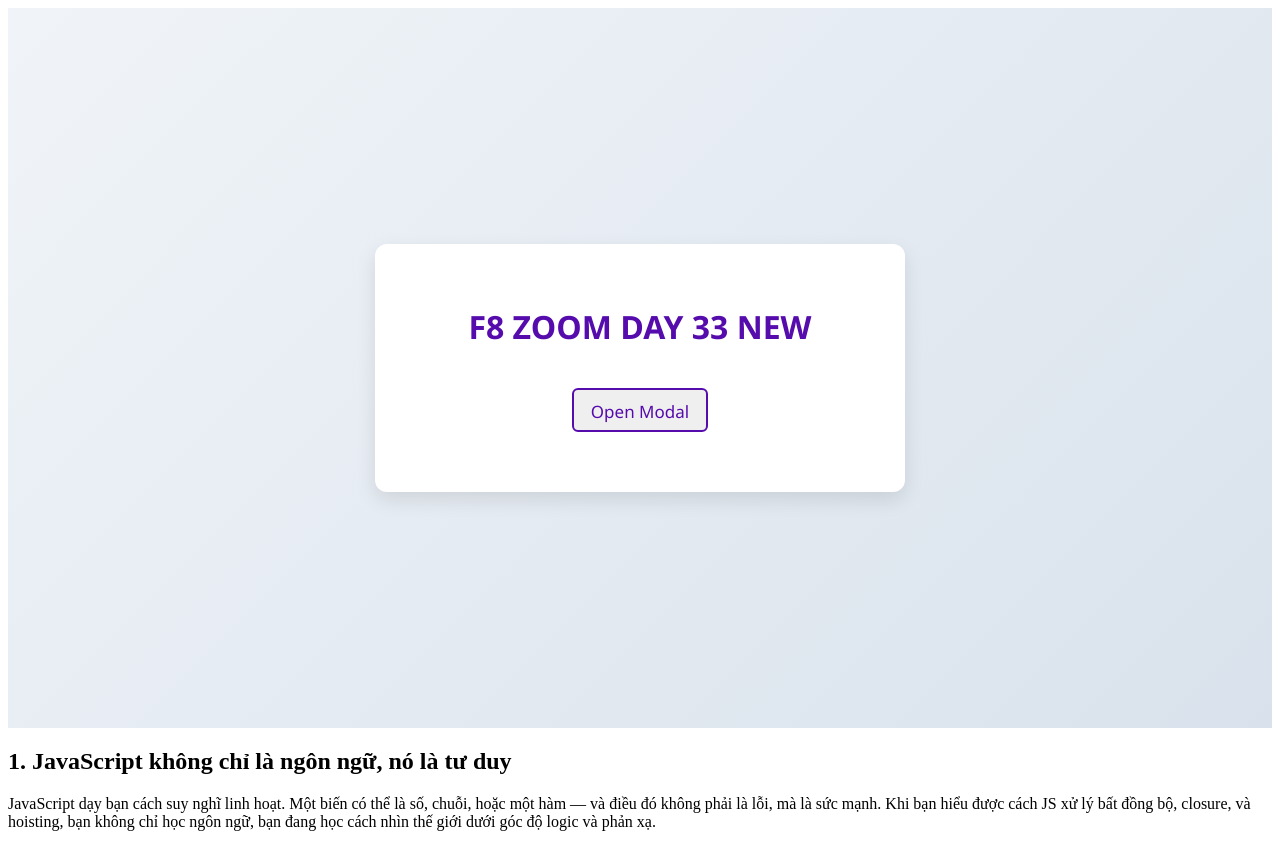
Repository: lannguyen1301/f8-zoom-day-33-new
Page: index.html
The author's editor kept a copy of each file at every save. The page is drawn from the files as they stood at one save, then again after the next save.
The browser window is 1280 px wide. The pictures show the whole page.

Above is the page before, as saved 2025-08-07 23:09:01.

### index.html
<!DOCTYPE html>
<html lang="en">

<head>
    <meta charset="UTF-8">
    <meta name="viewport" content="width=device-width, initial-scale=1.0">
    <title>F8 ZOOM DAY 33 NEW</title>
    <link rel="stylesheet" href="./assets/css/style.css">

</head>

<body>
    <div class="main">
        <div class="card">
            <h1 class="title">F8 ZOOM DAY 33 NEW</h1>
            <button id="open-modal">Open Modal</button>
        </div>
    </div>

    <!-- App Modal -->
    <app-modal>
    </app-modal>


    <script type="module" src="./main.js"></script>
</body>

</html>

<h2>
    1. JavaScript không chỉ là ngôn ngữ, nó là tư duy
</h2>
<p>
    JavaScript dạy bạn cách suy nghĩ linh hoạt. Một biến có thể là số, chuỗi, hoặc một hàm — và điều đó không phải là
    lỗi, mà là sức mạnh. Khi bạn hiểu được cách JS xử lý bất đồng bộ, closure, và hoisting, bạn không chỉ học ngôn ngữ,
    bạn đang học cách nhìn thế giới dưới góc độ logic và phản xạ.
</p>

### assets/css/style.css
.main {
    margin: 0;
    height: 100vh;
    display: flex;
    justify-content: center;
    align-items: center;
    background: linear-gradient(135deg, #f0f4f8, #d9e2ec);
    font-family: "Segoe UI", sans-serif;
}

.card {
    background: white;
    padding: 40px;
    border-radius: 12px;
    box-shadow: 0 8px 20px rgba(0, 0, 0, 0.1);
    text-align: center;
    min-width: 450px;
}

.card h1 {
    margin-bottom: 20px;
    color: #560bad;
}

/* From Uiverse.io by cssbuttons-io */
button {
    --color: #560bad;
    font-family: inherit;
    display: inline-block;
    width: 8em;
    height: 2.6em;
    line-height: 2.5em;
    margin: 20px;
    position: relative;
    cursor: pointer;
    overflow: hidden;
    border: 2px solid var(--color);
    transition: color 0.5s;
    z-index: 0;
    font-size: 17px;
    border-radius: 6px;
    font-weight: 500;
    color: var(--color);
}
button:before {
    content: "";
    position: absolute;
    z-index: -1;
    background: var(--color);
    height: 150px;
    width: 200px;
    border-radius: 50%;
}

button:hover {
    color: #fff;
}

button:before {
    top: 100%;
    left: 100%;
    transition: all 0.7s;
}

button:hover:before {
    top: -30px;
    left: -30px;
}

button:active:before {
    background: #3a0ca3;
    transition: background 0s;
}

span {
    display: block;
    width: 50px;
    height: 50px;
    border-radius: 50%;
    background: #f0f0f0;
    text-align: center;
    color: #560bad;
    font-size: 2rem;
    margin-left: auto;
    margin-right: 0;
    border: 1px solid #560bad;
}

### main.js
import "./Components/app-modal.js";

// Open Modal

// Lấy nút mở modal từ DOM để gắn sự kiện click.
const openModalBtn = document.querySelector("#open-modal");

// Truy cập trực tiếp vào custom element <app-modal>
// để gọi các phương thức như .open() và .close().
const appModal = document.querySelector("app-modal");
console.log(appModal); //Debug: kiểm tra xem phần tử đã được lấy đúng chưa.

// Lắng nghe sự kiện close do modal phát ra (có thể từ nút Cancel, nút X, hoặc phím Escape).
appModal.addEventListener("close", () => {
    // code...
    // alert("Da dong");
    appModal.close();
    // Gọi appModal.close() để thực hiện đóng modal
});

// bấm nút “Open Modal”, gọi appModal.open() để hiển thị modal.
openModalBtn.addEventListener("click", () => {
    appModal.open();
});

### Components/app-modal.js
class AppModal extends HTMLElement {
    constructor() {
        super();
        this.attachShadow({ mode: "open" });
    }

    open() {
        const template = document.createElement("template");

        // cach 1
        template.setAttribute("id", "app-modal-tpl");

        /**
         * cach 2
          template.id = "app-modal-tpl";
         */
        //

        template.innerHTML = `

        <!-- Thêm CSS Internals -->
        <style>
            * {
                padding: 0;
                margin: 0;
                box-sizing: border-box;
            }

            :host {
                --app-modal-heading-color: #560bad;
                --app-modal-padding: 60px
                    /* màu mặc định đang là màu đỏ */
            }

            .main {
            margin: 0;
            height: 100vh;
            display: flex;
            justify-content: center;
            align-items: center;
            background: linear-gradient(135deg, #f0f4f8, #d9e2ec);
            font-family: "Segoe UI", sans-serif;
            }

            .card {
                background: white;
                padding: 40px;
                border-radius: 12px;
                box-shadow: 0 8px 20px rgba(0, 0, 0, 0.1);
                text-align: center;
                min-width: 450px;
            }

            .card h1 {
                margin-bottom: 20px;
                color: #560bad;
            }

            /* From Uiverse.io by cssbuttons-io */
            button {
                --color: #560bad;
                font-family: inherit;
                display: inline-block;
                width: 8em;
                height: 2.6em;
                line-height: 2.5em;
                margin: 20px;
                position: relative;
                cursor: pointer;
                overflow: hidden;
                border: 2px solid var(--color);
                transition: color 0.5s;
                z-index: 0;
                font-size: 17px;
                border-radius: 6px;
                font-weight: 500;
                color: var(--color);
            }
            button:before {
                content: "";
                position: absolute;
                z-index: -1;
                background: var(--color);
                height: 150px;
                width: 200px;
                border-radius: 50%;
            }

            button:hover {
                color: #fff;
            }

            button:before {
                top: 100%;
                left: 100%;
                transition: all 0.7s;
            }

            button:hover:before {
                top: -30px;
                left: -30px;
            }

            button:active:before {
                background: #3a0ca3;
                transition: background 0s;
            }

            .modal {
                position: fixed;
                inset: 0;
                display: flex;
                align-items: center;
                justify-content: center;
                flex-direction: column;
                background: rgba(255, 165, 0, 0.6);
                /* code lỗi hãy xoá đoạn này nhé*/
                opacity: 0;
                transform: scale(0.95);
                visibility: hidden;
                pointer-events: none;
                transition: opacity 0.3s ease, transform 0.3s ease;
            }

           /* code lỗi hãy xoá đoạn này nhé*/
            .modal.show {
                opacity: 1;
                transform: scale(1);
                visibility: visible;
                pointer-events: auto;
            }

            .inner {
                min-width: 400px;
                padding: var(--app-modal-padding, 20px);
                border-radius: 10px;
                background: #fff;
                position: relative;

            }

            .header {
                margin-bottom: 20px;
            }

            .content {
                margin-bottom: 20px;
                line-height: 1.5rem
            }

            .heading {
                color: var(--app-modal-heading-color, red);
            }

            .header, .content, .footer {
                background: #e1e1e1;
                padding: 20px;
                border-radius: 10px;
                border: 1px solid #a9a9a9;
            }

            .modal span.sp-close {
                display: block;
                width: 40px;
                height: 40px;
                border-radius: 50%;
                background: #f0f0f0;
                text-align: center;
                color: #560bad;
                font-size: 1.5rem;
                border: 1px solid #560bad;
                position: absolute;
                top: 12px;
                left: auto;
                right: 20px;
                transition: background 0.5s ease;
            }

            .modal span.sp-close:hover {
                cursor: pointer;
                background: #560bad;
                color: #fff;
                border: 2px solid orange;
            }


            .modal .footer {
            // background-color: red;
            // border-radius: 10px;
            }

        </style>
        <div class="modal">
            <div class="inner">
                <div class="header" slot="header">
                    <div class="circle"></div>
                    <span id="sp-close" class="sp-close">x</span>
                    <h2 class="heading" id="heading">F8 ZOOM DAY 33 Components</h2>
                </div>
                <div class="content" slot="content">
                    <p>Lorem ipsum dolor sit amet consectetur adipisicing elit. Possimus, totam.</p>
                    <p>Lorem ipsum, dolor sit amet consectetur adipisicing elit. Praesentium voluptas veniam ea in magni
                        temporibus.
                    </p>
                    <p>Lorem, ipsum dolor sit amet consectetur adipisicing elit. Sapiente aspernatur quod suscipit? Voluptas
                        quae ea
                        dolorem vero. Omnis, eius soluta!</p>
                </div>

                <div class="footer" extends ParentClass { super() } slot="footer">
                    <button id="close-btn">Cancel</button>
                    <button>Confirm</button>
                </div>
            </div>
        </div>
        `;

        const templateContent = template.content.cloneNode(true);
        // template.content: truy câp vào nội dung bên trong thẻ template, tạo bản copy toàn bộ nội dung bên trong thẻ template.

        this.shadowRoot.appendChild(templateContent);
        // Gắn nội dung đã clone vào shadowRoot của component.

        const modal = this.shadowRoot.querySelector(".modal");
        const closeBtn = this.shadowRoot.querySelector(".sp-close"); // dau X de dong modal
        if (!closeBtn) console.warn("Không tìm thấy nút đóng (X)");

        const cancelBtn = this.shadowRoot.querySelector("#close-btn"); // button cancel
        if (!cancelBtn) console.warn("Không tìm thấy nút Cancel");

        // Hiển thị modal
        requestAnimationFrame(() => {
            modal.classList.add("show");
            // requestAnimationFrame là hàm có sẵn trong js tạo chuyển động mượt mà
            // requestAnimationFrame: Đảm bảo class .show được thêm sau khi DOM render xong
        });

        // Đóng modal khi bấm nút X
        closeBtn.addEventListener("click", () => this.close());

        // Đóng modal khi bấm nút Cancel
        cancelBtn.addEventListener("click", () => this.close());

        // cách 2
        // cancelBtn.onclick = () => {
        //     this.close(); // this = appModal
        // };
        // console.log(cancelBtn);

        // đóng modal khi dùng phím esc
        const escHandler = (e) => {
            if (e.key === "Escape") this.close();
        };

        document.addEventListener("keydown", escHandler);

        // Đóng khi click ra ngoài
        modal.addEventListener("click", (e) => {
            if (e.target === modal) this.close();
        });

        // Lưu lại để cleanup khi đóng
        this._escHandler = escHandler;

        console.log(templateContent); // debug
    }

    close() {
        // tìm phần tử modal trong shadow DOM thông qua truy vấn class modal
        const modal = this.shadowRoot.querySelector(".modal");

        // Nếu không tìm thấy modal thì thoát luôn
        if (!modal) {
            console.warn("Không tìm thấy modal để đóng.");
            return;
        }

        // gỡ class show khỏi modal
        modal.classList.remove("show");

        // Sau khi transition xong thì xoá modal khỏi DOM
        requestAnimationFrame(() => {
            modal.addEventListener(
                "transitionend",
                () => {
                    this.shadowRoot.innerHTML = "";
                },
                { once: true }

                // transitionend: Lắng nghe khi hiệu ứng kết thúc để xoá modal khỏi DOM
            );

            // Cleanup sự kiện
            document.removeEventListener("keydown", this._escHandler);
            // escHandler	Lưu lại hàm xử lý Escape để có thể xoá khi đóng
        });
    }
}

// Call Function
customElements.define("app-modal", AppModal);

After the next save:
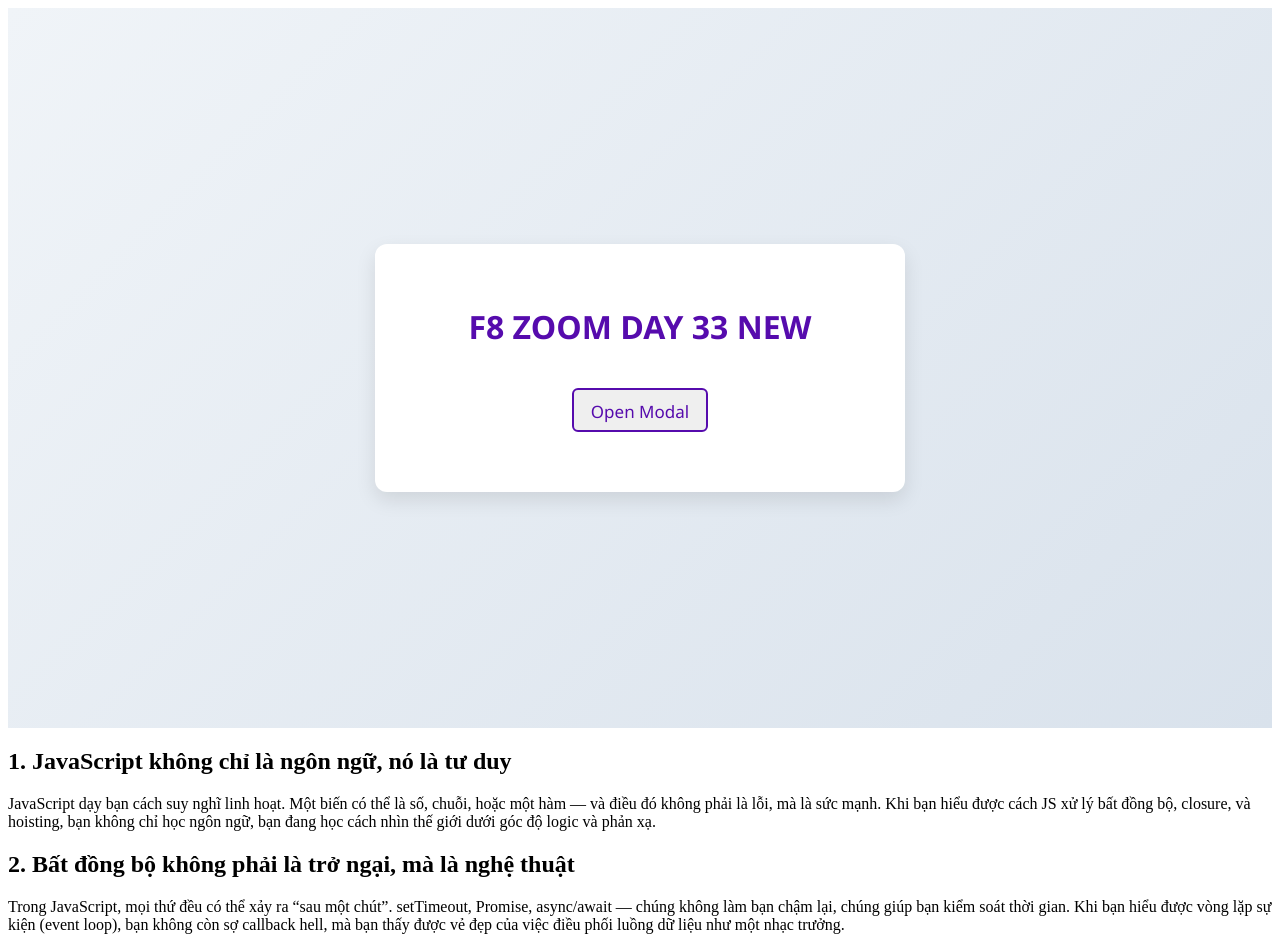
Saved 24 s later.
--- a/index.html
+++ b/index.html
@@ -35,3 +35,12 @@
     lỗi, mà là sức mạnh. Khi bạn hiểu được cách JS xử lý bất đồng bộ, closure, và hoisting, bạn không chỉ học ngôn ngữ,
     bạn đang học cách nhìn thế giới dưới góc độ logic và phản xạ.
 </p>
+
+<h2>
+    2. Bất đồng bộ không phải là trở ngại, mà là nghệ thuật
+</h2>
+<p>
+    Trong JavaScript, mọi thứ đều có thể xảy ra “sau một chút”. setTimeout, Promise, async/await — chúng không làm bạn
+    chậm lại, chúng giúp bạn kiểm soát thời gian. Khi bạn hiểu được vòng lặp sự kiện (event loop), bạn không còn sợ
+    callback hell, mà bạn thấy được vẻ đẹp của việc điều phối luồng dữ liệu như một nhạc trưởng.
+</p>
